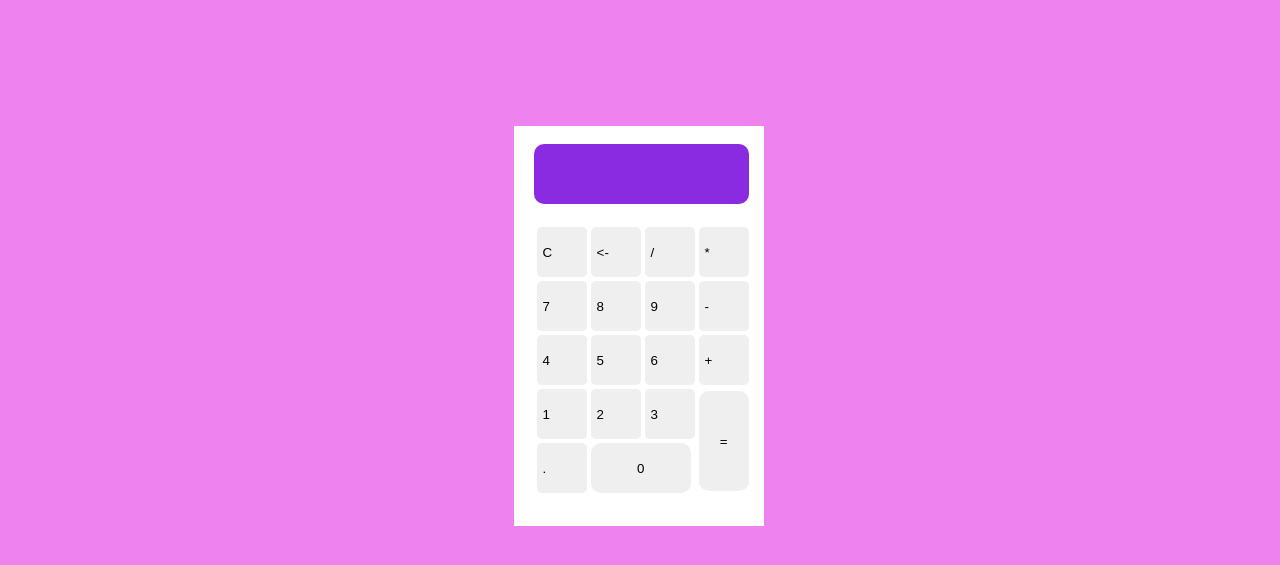
Repository: mariele-huff/calculadora
Page: index.html
An editor plug-in stored every save of this project. The page is shown before and after the next save, followed by the edit.
The browser window is 1280 px wide. The pictures show the whole page.

Above is the page before, as saved 2022-08-14 12:33:35.

After the next save:
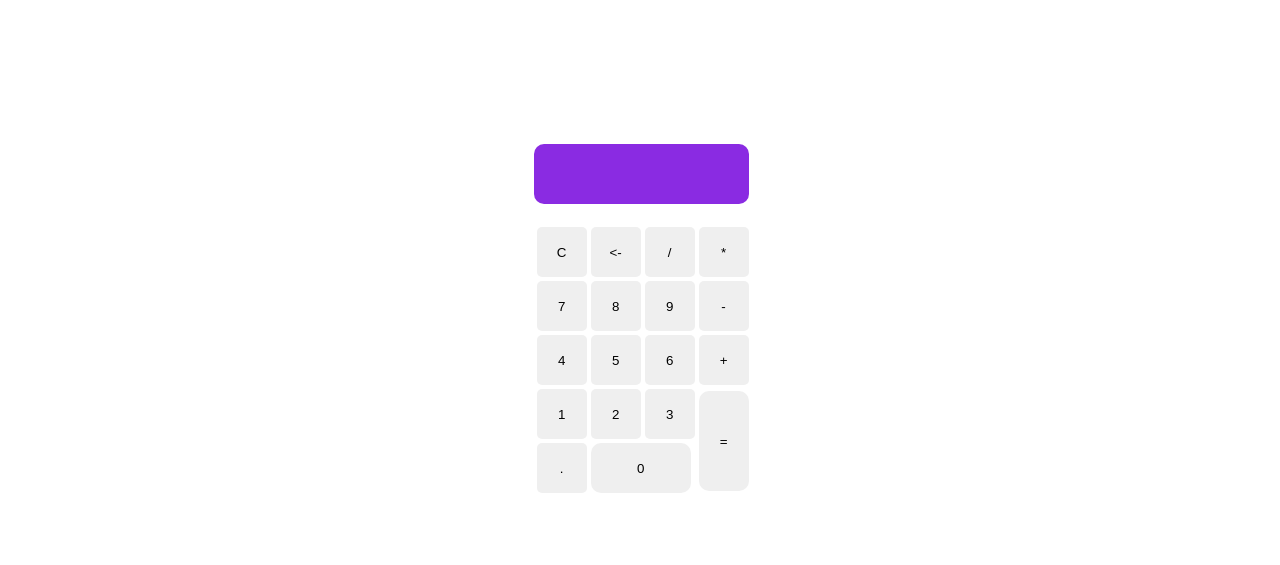
Saved 28 s later.
--- a/style.css
+++ b/style.css
@@ -1,5 +1,5 @@
 body {
-    background-color: violet;
+
 }
 
 .calculadora {
@@ -15,7 +15,7 @@ body {
     width: 50px;
     border-width: inherit;
     border-radius: 5px;
-    text-align: left;
+    text-align: center;
    }
 
 .botao:hover {
